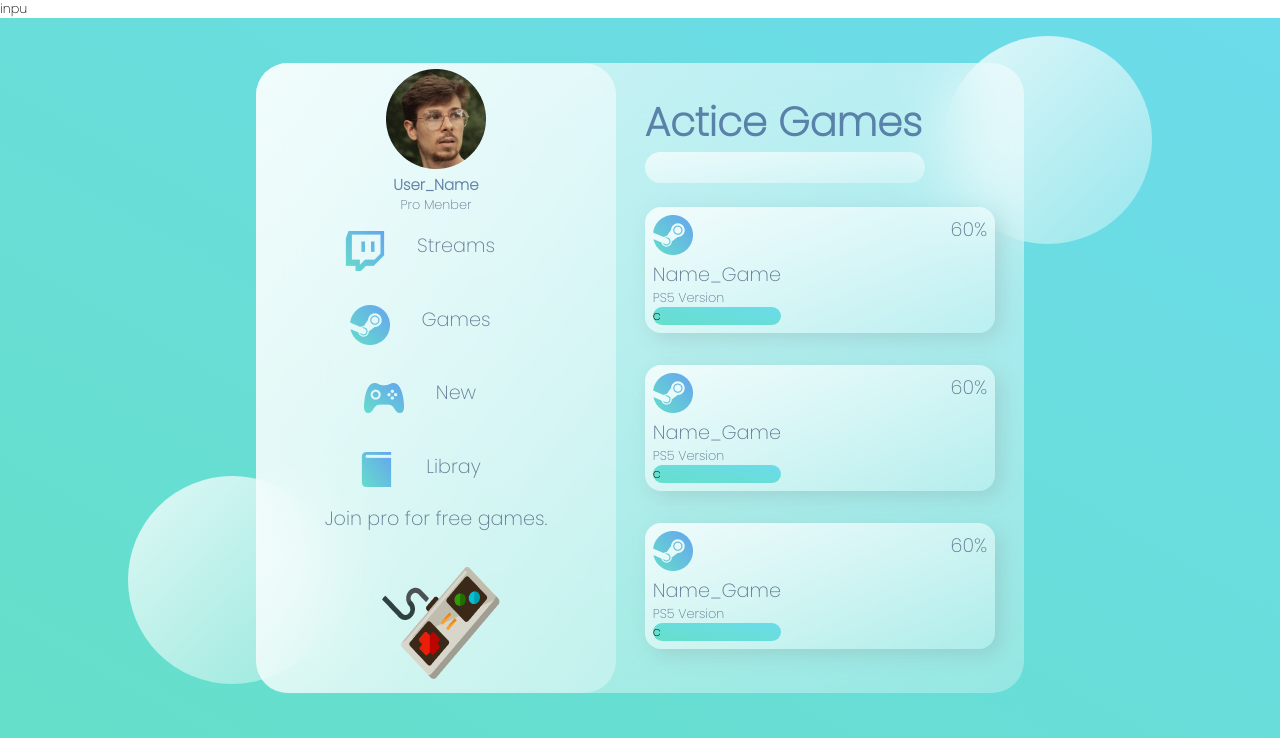
Repository: ServerK001/HomeGamer
Page: /
These files come from the project's save history. The page is drawn as it stood at one moment and after a run of saves; the edit follows.
The browser window is 1280 px wide. The pictures show the whole page.
The project was rebuilt for these pictures with package versions that can differ from the ones it lists, and the page was loaded fresh each time.

Above is the page before, as saved 2021-12-27 14:41:30.

After the next 4 saves:
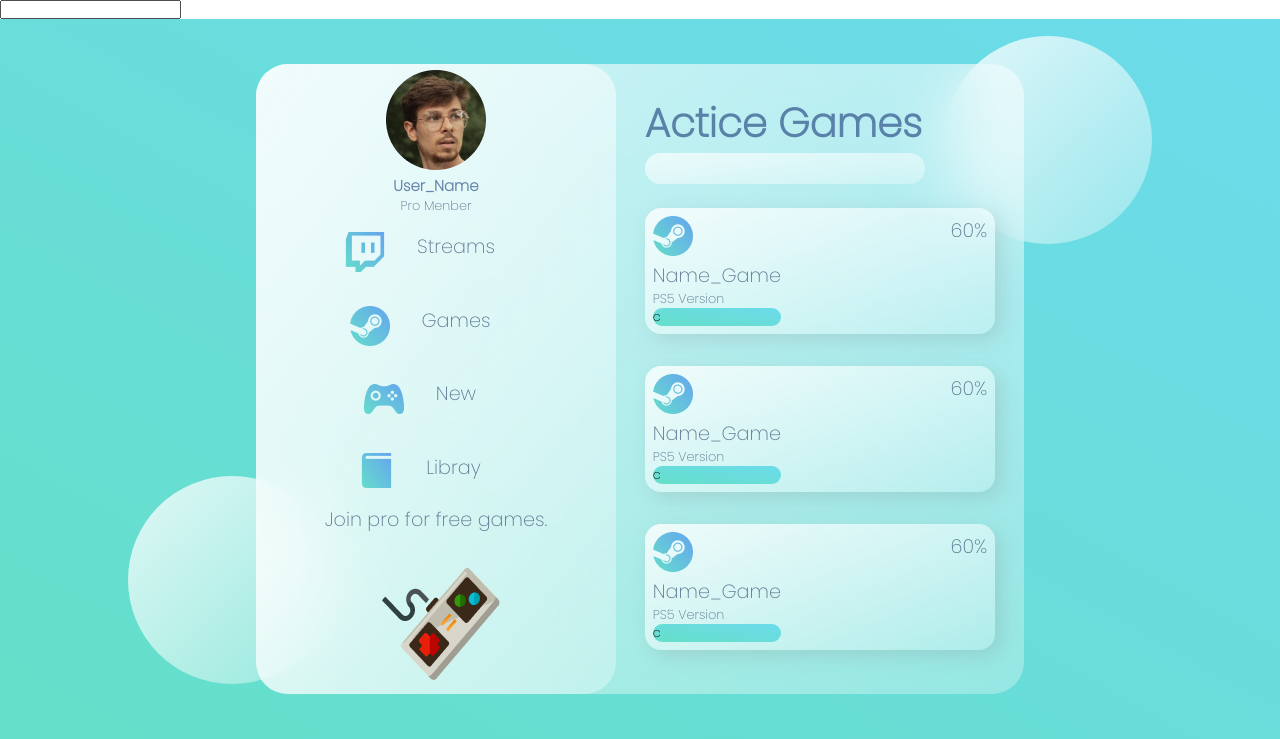
The 4 saves are shown as one change because they came seconds apart.
The last was saved 19 s later.
--- a/src/App.js
+++ b/src/App.js
@@ -7,7 +7,7 @@
   return (
     <>
       <div>
-        inpu
+        <input></input>
       </div>
         <Home />
 
